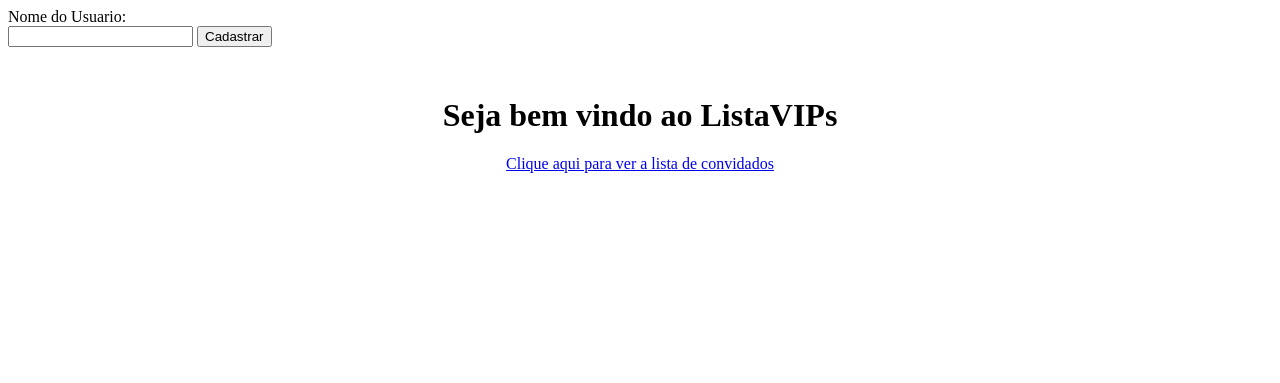
Repository: BDL-Solutions/Sorveteria
Page: Sorveteria/src/main/webapp/User/FormUserView.html
These files come from the project's save history. The page is drawn as it stood at one moment and after the next save; the edit follows.
The browser window is 1280 px wide. The pictures show the whole page.
Some web libraries are served in a nearby version.

Above is the page before, as saved 2023-11-20 15:15:24.
Not found: Sorveteria/src/main/webapp/User/webjars/bootstrap/4.1.3/css/bootstrap.min.css

### Sorveteria/src/main/webapp/User/FormUserView.html
<!DOCTYPE html>
<html>
<head>

	<meta http-equiv="Content-Type" content="text/html; charset=UTF-8"/>
	<title>ListaVIP</title>
	<link href="webjars/bootstrap/4.1.3/css/bootstrap.min.css" rel="stylesheet" />

</head>
<body>
<form action="InsertUser.jsp" method="POST">
	<label>Nome do Usuario: </label> <br>
	<input type="text" name="nome">

	<button type="submit">Cadastrar</button>
</form>



<div class="container">
        <div class="jumbotron" align="center" style="margin-top: 50px;">
            <h1>Seja bem vindo ao ListaVIPs</h1>
            <div align="center">
                <a href="listavip" class="btn btn-lg btn-primary">Clique aqui para ver a lista de convidados</a>
            </div>
        </div>
    </div>
    <script src="https://ajax.googleapis.com/ajax/libs/jquery/1.11.3/jquery.min.js"></script>
    <script src="bootstrap/js/bootstrap.min.js"></script>

</body>
</html>

Loaded but not shown: Sorveteria/src/main/webapp/js/bootstrap.min.js (library)

After the next save:
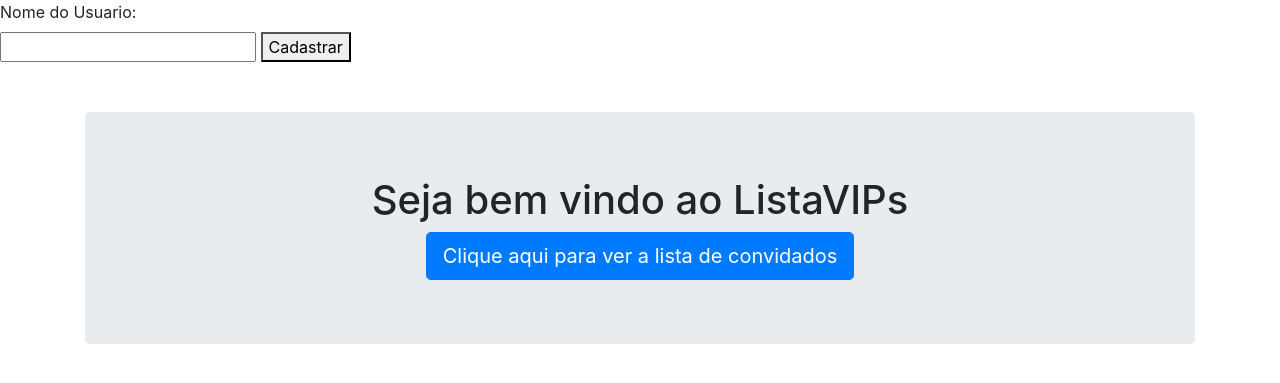
Saved 3 min 10 s later.
--- a/Sorveteria/src/main/webapp/User/FormUserView.html
+++ b/Sorveteria/src/main/webapp/User/FormUserView.html
@@ -4,8 +4,7 @@
 
 	<meta http-equiv="Content-Type" content="text/html; charset=UTF-8"/>
 	<title>ListaVIP</title>
-	<link href="webjars/bootstrap/4.1.3/css/bootstrap.min.css" rel="stylesheet" />
-
+	<link rel="stylesheet" href="https://stackpath.bootstrapcdn.com/bootstrap/4.3.1/css/bootstrap.min.css">
 </head>
 <body>
 <form action="InsertUser.jsp" method="POST">
